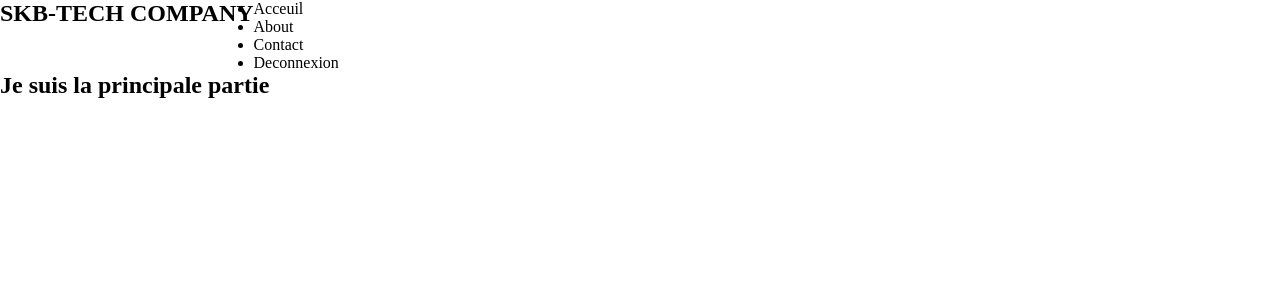
Repository: SKB-TECH/projetExpress
Page: http://localhost/
These files come from the project's save history. The page is drawn as it stood at one moment and after the next save; the edit follows.
The browser window is 1280 px wide. The pictures show the whole page.
The page is served by the project's Node server (server.js). Other server files are loaded and not shown.

Above is the page before, as saved 2022-10-21 15:10:33.

### views/main.ejs
<%- include('./includes/header.ejs') %>
<!-- Partie principale  -->
<main>
  <h2>Je suis la principale partie</h2>
</main>

<%- include('./includes/footer.ejs') %>

### views/includes/header.ejs
<!DOCTYPE html>
<html lang="en">
  <head>
    <meta charset="UTF-8" />
    <meta http-equiv="X-UA-Compatible" content="IE=edge" />
    <link
      rel="stylesheet"
      href="https://cdnjs.cloudflare.com/ajax/libs/font-awesome/6.2.0/css/all.min.css"
      integrity="sha512-xh6O/CkQoPOWDdYTDqeRdPCVd1SpvCA9XXcUnZS2FmJNp1coAFzvtCN9BmamE+4aHK8yyUHUSCcJHgXloTyT2A=="
      crossorigin="anonymous"
      referrerpolicy="no-referrer"
    />
    <meta name="viewport" content="width=device-width, initial-scale=1.0" />
    <link rel="stylesheet" href="css/style.css" />
    <title>Project Express</title>
  </head>
  <body>
  <header>
    <nav class="nav-list">
        <span>
            <h1 class="titles1">
                SKB-TECH COMPANY
            </h1>
        </span>
      <div class="taches">
        <ul class="list-title">
          <li>Acceuil</li>
          <li>About</li>
          <li>Contact</li>
          <li>Deconnexion</li>
        </ul>
      </div>
    </nav>
  </header>
</html>

### server.js
const express = require('express');
const morgan = require('morgan');
const path = require('path')
const router = require('./routes/router')
const ejs = require('ejs');
const { dirname } = require('path');
const app = express()
/**
    - quelques middlewares pour specification des dossiers
    - specification du moteur de visualisation utilise
 */
app.set('view engine', 'ejs');
app.use('/css', express.static(path.resolve(__dirname, './assets/css')))
app.set('view')
app.use(morgan('tiny'))


// initialisation de toutes routes de l'application
app.use(require('./routes/router'))

// initialisation du server et du port qui va ecoute les requetes du client
app.listen(4000, () => {
    console.log("Serveur lancer deja au port 4000");
})

### controllers/Controllers.js
exports.Home = (req, res) => {
    res.render('main')
}
exports.About = (req, res) => {
    res.render('about')
}
exports.Contact = (req, res) => {
    res.render('contact')
}

### assets/css/style.css
* {
    padding: 0px;
    margin: 0px;
    box-sizing: border-box;
}

header {
    display: flex;
    width: 100%;
}

nav {
    display: flex;
    flex-direction: row;
    justify-content: space-between;
}

.taches {
    display: flex;
    flex-direction: row;
    justify-content: space-between;
    list-style-type: none;
}

Loaded but not shown: views/includes/footer.ejs (common file)

After the next save:
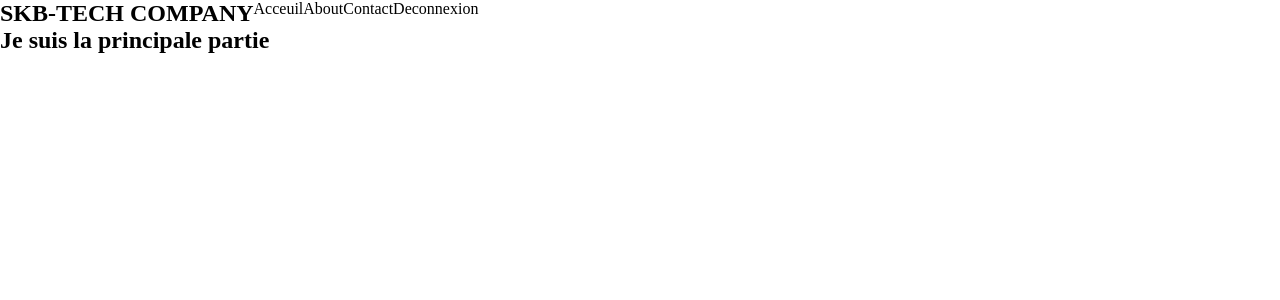
Saved 11 s later.
--- a/assets/css/style.css
+++ b/assets/css/style.css
@@ -15,7 +15,7 @@ nav {
     justify-content: space-between;
 }
 
-.taches {
+ul {
     display: flex;
     flex-direction: row;
     justify-content: space-between;
